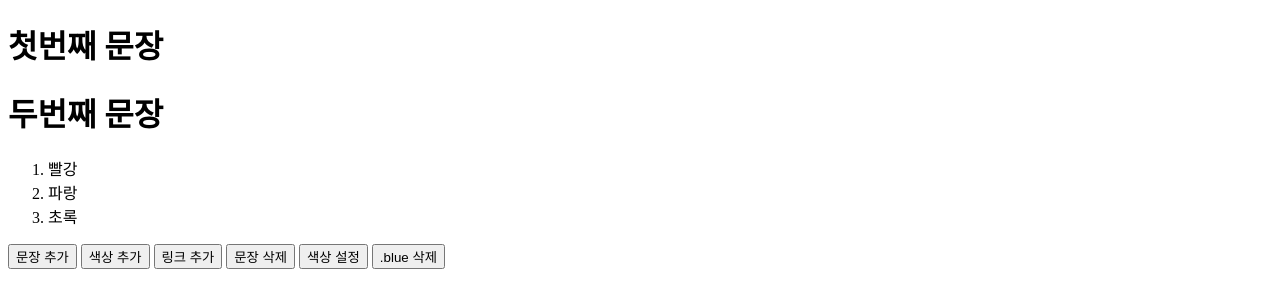
Repository: cdj6995/Web
Page: Lecture-Web/src/main/webapp/jquery/exam04.html
These files come from the project's save history. The page is drawn as it stood at one moment and after the next save; the edit follows.
The browser window is 1280 px wide. The pictures show the whole page.
After loading, the first visible `#btn05` was clicked once.

Above is the page before, as saved 2022-05-30 08:29:22.

### Lecture-Web/src/main/webapp/jquery/exam04.html
<!DOCTYPE html>
<html>
<head>
	<meta charset="UTF-8">
	<title>exam04</title>
	<style>
		.red{
			color : "red"
		}
		.blue{
			color : 'blue'
		}
	</style>
	<script src="https://code.jquery.com/jquery-3.6.0.js"></script>
	<script>
		$(document).ready(function(){

			$('#btn01').click(function(){
				/*
				let h1Tag = document.createElement('h1')
				let text = document.createTextNode("세번째 문장")
				h1Tag.appendChild(text)
				document.querySelector('div').appendChild(h1Tag)
				*/
				$('div').append('<h1>세번째 문장</h1>')

			})

			$('#btn02').click(function(){
				$('ol').append('<li>노랑</li>', '<li>보라</li>')
			})

			$('#btn03').click(function(){
				$('div').before('<a href="http://www.naver.com">네이버</a>')
			})

			$('#btn04').click(function(){
				/*
				let h1Tags = document.querySelectorAll('h1')
				for(let i = 0; i < h1Tags.length; i++){
					h1Tags[i].parentNode.removeChild(h1Tags[i])
				}
				*/

				// $('div').empty()
				$('div > *').remove('h1')
			})

			$('#btn05').click(function(){
				$('h1').addClass('red blue')
			})

			$('#btn06').click(function(){
				$('h1').removeClass('blue')
			})

		})
	</script>
</head>
<body>
	<div>
		<h1>첫번째 문장</h1>
		<h1>두번째 문장</h1>
	</div>
	<ol>
		<li>빨강</li>
		<li>파랑</li>
		<li>초록</li>
	</ol>
	<button id="btn01">문장 추가</button>
	<button id="btn02">색상 추가</button>
	<button id="btn03">링크 추가</button>
	<button id="btn04">문장 삭제</button>
	<button id="btn05">색상 설정</button>
	<button id="btn06">.blue 삭제</button>

</body>
</html>

After the next save:
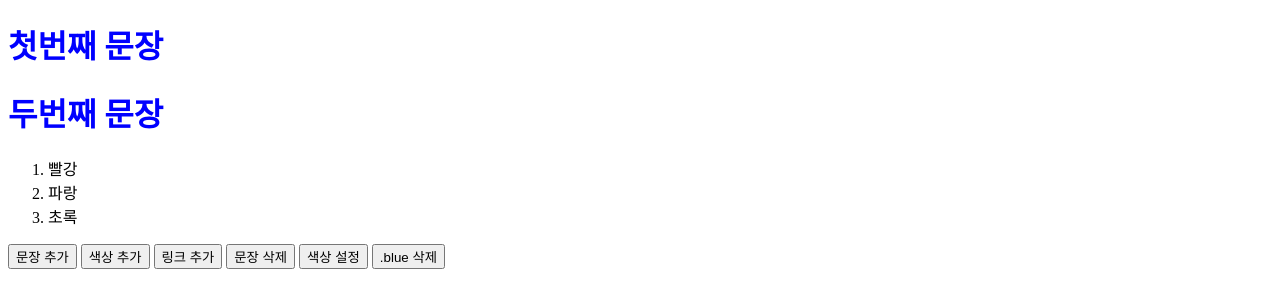
Saved 22 s later.
--- a/Lecture-Web/src/main/webapp/jquery/exam04.html
+++ b/Lecture-Web/src/main/webapp/jquery/exam04.html
@@ -5,10 +5,10 @@
 	<title>exam04</title>
 	<style>
 		.red{
-			color : "red"
+			color : red
 		}
 		.blue{
-			color : 'blue'
+			color : blue
 		}
 	</style>
 	<script src="https://code.jquery.com/jquery-3.6.0.js"></script>
